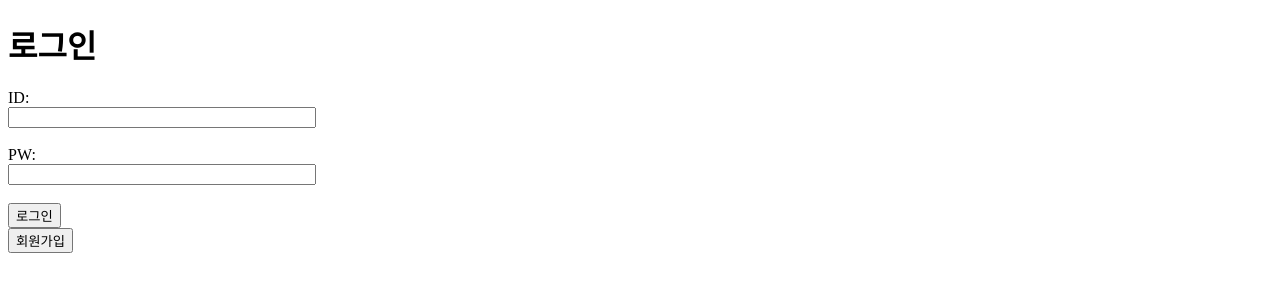
Repository: euniiee/test11
Page: http://localhost/Project/Login.jsp
These files come from the project's save history. The page is drawn as it stood at one moment and after a run of saves; the edit follows.
The browser window is 1280 px wide. The pictures show the whole page.
The page is served by Tomcat 9. Other server files are loaded and not shown.

Above is the page before, as saved 2023-02-01 01:11:49.

### Project/WebContent/Login.jsp
<%@ page language="java" contentType="text/html; charset=UTF-8"
    pageEncoding="UTF-8"%>
<!DOCTYPE html>
<html>
<head>
<meta charset="UTF-8">
<title>Insert title here</title>
<script src="https://code.jquery.com/jquery-3.6.3.js" integrity="sha256-nQLuAZGRRcILA+6dMBOvcRh5Pe310sBpanc6+QBmyVM=" crossorigin="anonymous"></script>
<style>

</style>
</head>
<body>
	<form style="width:300px">
		<h1>로그인</h1>
		<div>ID: <input type="text" class="id" name="id" style="width:100%" required></div><br/>
		<div>PW: <input type="password" class="pw" name="pw" style="width:100%" required></div><br/>
		<input type="submit" value="로그인"><br/>
		<input type="submit" value="회원가입"><br/>
	</form>
</body>
</html>

After the next 2 saves:
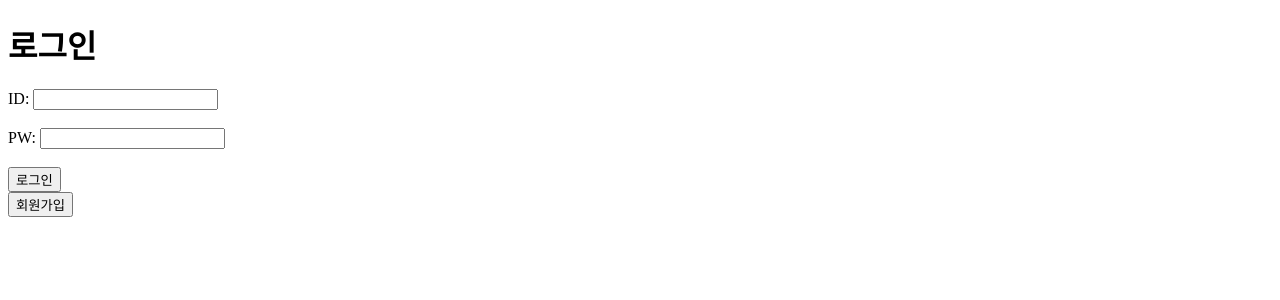
The 2 saves are shown as one change because they came seconds apart.
The last was saved 19 s later.
--- a/Project/WebContent/Login.jsp
+++ b/Project/WebContent/Login.jsp
@@ -13,8 +13,8 @@
 <body>
 	<form style="width:300px">
 		<h1>로그인</h1>
-		<div>ID: <input type="text" class="id" name="id" style="width:100%" required></div><br/>
-		<div>PW: <input type="password" class="pw" name="pw" style="width:100%" required></div><br/>
+		<div style="width:100%">ID: <input type="text" class="id" name="id"  required></div><br/>
+		<div style="width:100%">PW: <input type="password" class="pw" name="pw" required></div><br/>
 		<input type="submit" value="로그인"><br/>
 		<input type="submit" value="회원가입"><br/>
 	</form>
